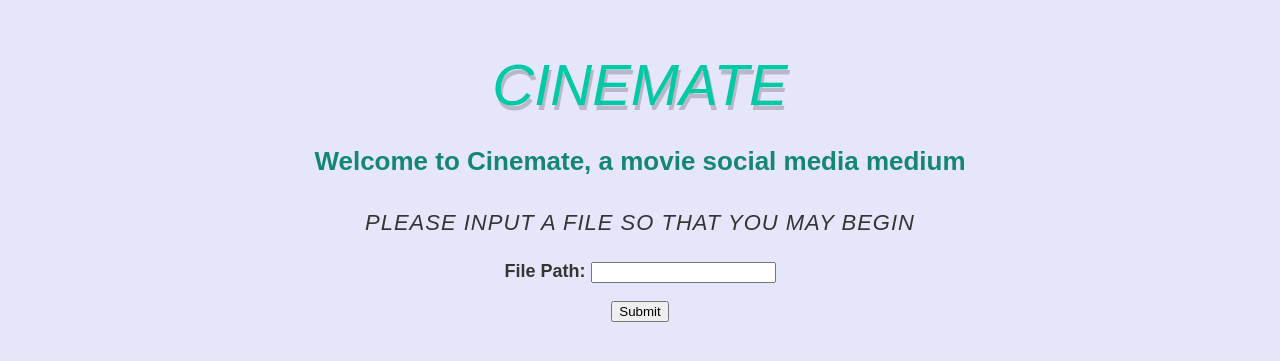
Repository: ir1998/cs201
Page: http://localhost/Assignment2/GetFile.jsp
These files come from the project's save history. The page is drawn as it stood at one moment and after the next save; the edit follows.
The browser window is 1280 px wide. The pictures show the whole page.
The page is served by Tomcat 9.

Above is the page before, as saved 2017-02-10 18:33:31.

After the next save:
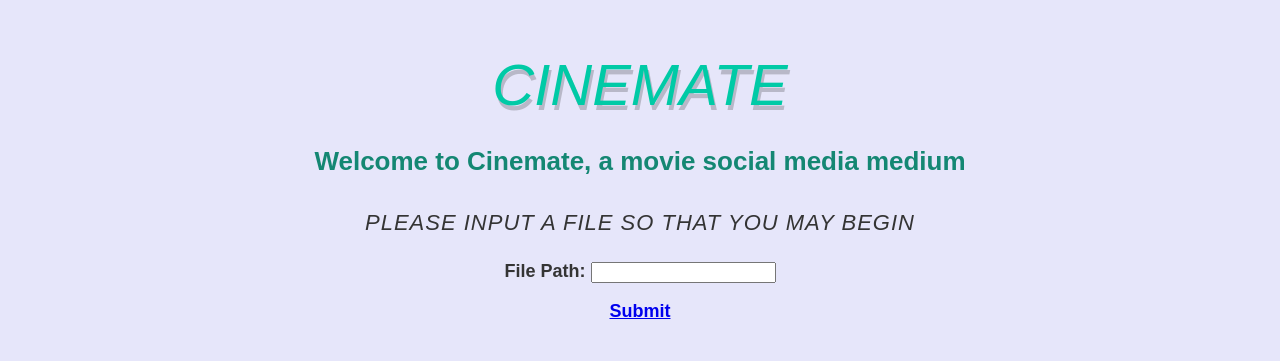
Saved 7 min 48 s later.
--- a/Assignment2/WebContent/GetFile.jsp
+++ b/Assignment2/WebContent/GetFile.jsp
@@ -15,7 +15,7 @@
 	<form id="form1" method="GET" action="FirstServlet">
 		<h2 id="Title4">File Path: <input type="text" name="file"></h2>
 		<div id="Title4">
-			<button type="submit" id="MyButton" value="Submit">Submit</button>
+			<a href="FirstServlet" class="MyButton" value="Submit">Submit</a>
 		</div>
 	</form>
 <%} else{%>
